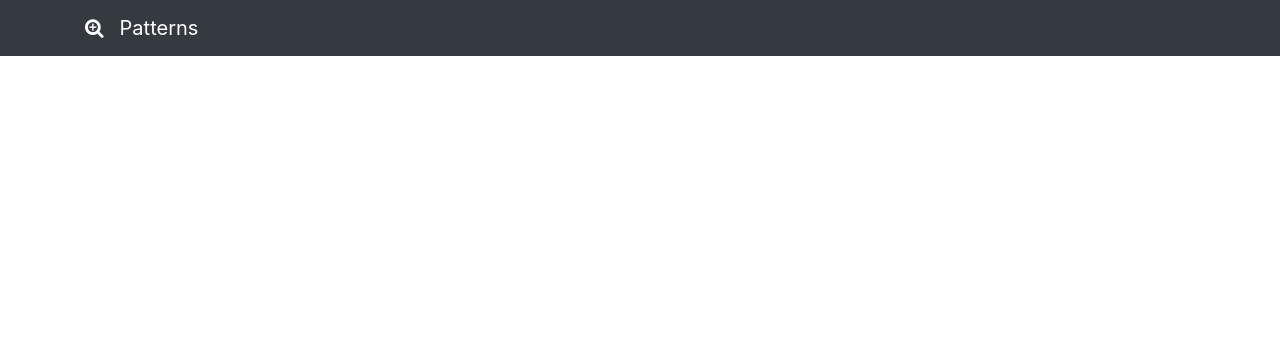
Repository: Mietlicha/patterns
Page: index.html
The author's editor kept a copy of each file at every save. The page is drawn from the files as they stood at one save, then again after the next save.
The browser window is 1280 px wide. The pictures show the whole page.

Above is the page before, as saved 2019-10-24 11:09:15.

### index.html
<!DOCTYPE html>
<html lang="en">

<head>
    <meta charset="UTF-8">
    <meta name="viewport" content="width=device-width, initial-scale=1.0">
    <meta http-equiv="X-UA-Compatible" content="ie=edge">
    <title>Document</title>
    <link rel="stylesheet" href="style.css">
    <link rel="stylesheet" href="https://stackpath.bootstrapcdn.com/bootstrap/4.3.1/css/bootstrap.min.css"
        integrity="sha384-ggOyR0iXCbMQv3Xipma34MD+dH/1fQ784/j6cY/iJTQUOhcWr7x9JvoRxT2MZw1T" crossorigin="anonymous">
    <link rel="stylesheet" href="https://cdnjs.cloudflare.com/ajax/libs/font-awesome/4.7.0/css/font-awesome.min.css">

</head>

<body>
    <nav class="navbar navbar-dark bg-dark">
        <div class="container"><a class="navbar-brand" href="#"><i class="fa fa-search-plus mr-3"
                    aria-hidden="true"></i>Patterns</a></div>
    </nav>


    <script src="https://code.jquery.com/jquery-3.3.1.slim.min.js"
        integrity="sha384-q8i/X+965DzO0rT7abK41JStQIAqVgRVzpbzo5smXKp4YfRvH+8abtTE1Pi6jizo"
        crossorigin="anonymous"></script>
    <script src="https://cdnjs.cloudflare.com/ajax/libs/popper.js/1.14.7/umd/popper.min.js"
        integrity="sha384-UO2eT0CpHqdSJQ6hJty5KVphtPhzWj9WO1clHTMGa3JDZwrnQq4sF86dIHNDz0W1"
        crossorigin="anonymous"></script>
    <script src="https://stackpath.bootstrapcdn.com/bootstrap/4.3.1/js/bootstrap.min.js"
        integrity="sha384-JjSmVgyd0p3pXB1rRibZUAYoIIy6OrQ6VrjIEaFf/nJGzIxFDsf4x0xIM+B07jRM"
        crossorigin="anonymous"></script>
</body>

</html>

Loaded but not shown: style.css (no copy from this time; the picture is the same without it)

After the next save:
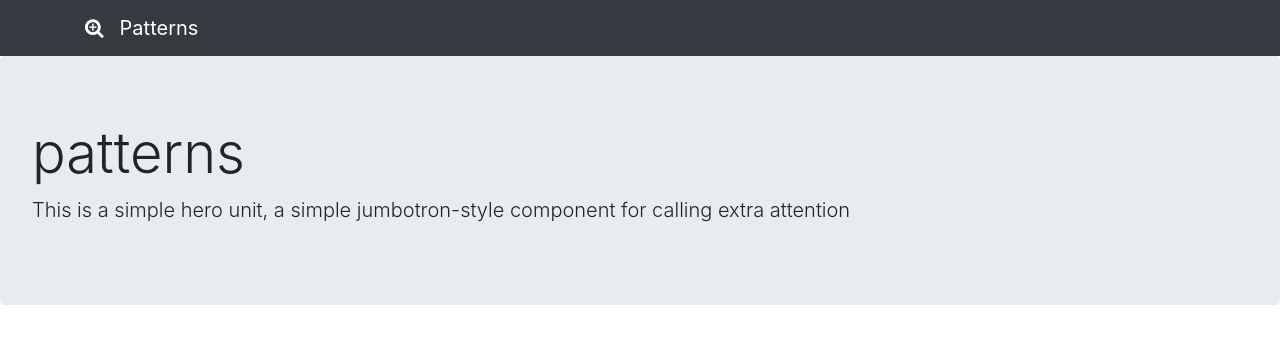
Saved 2 min 49 s later.
--- a/index.html
+++ b/index.html
@@ -15,9 +15,12 @@
 
 <body>
     <nav class="navbar navbar-dark bg-dark">
-        <div class="container"><a class="navbar-brand" href="#"><i class="fa fa-search-plus mr-3"
-                    aria-hidden="true"></i>Patterns</a></div>
+        <div class="container"><a class="navbar-brand" href="#"><i class="fa fa-search-plus mr-3" aria-hidden="true"></i>Patterns</a></div>
     </nav>
+    <section class="jumbotron">
+            <h1 class="display-4">patterns</h1>
+            <p class="lead">This is a simple hero unit, a simple jumbotron-style component for calling extra attention</p>
+            </section>
 
 
     <script src="https://code.jquery.com/jquery-3.3.1.slim.min.js"
